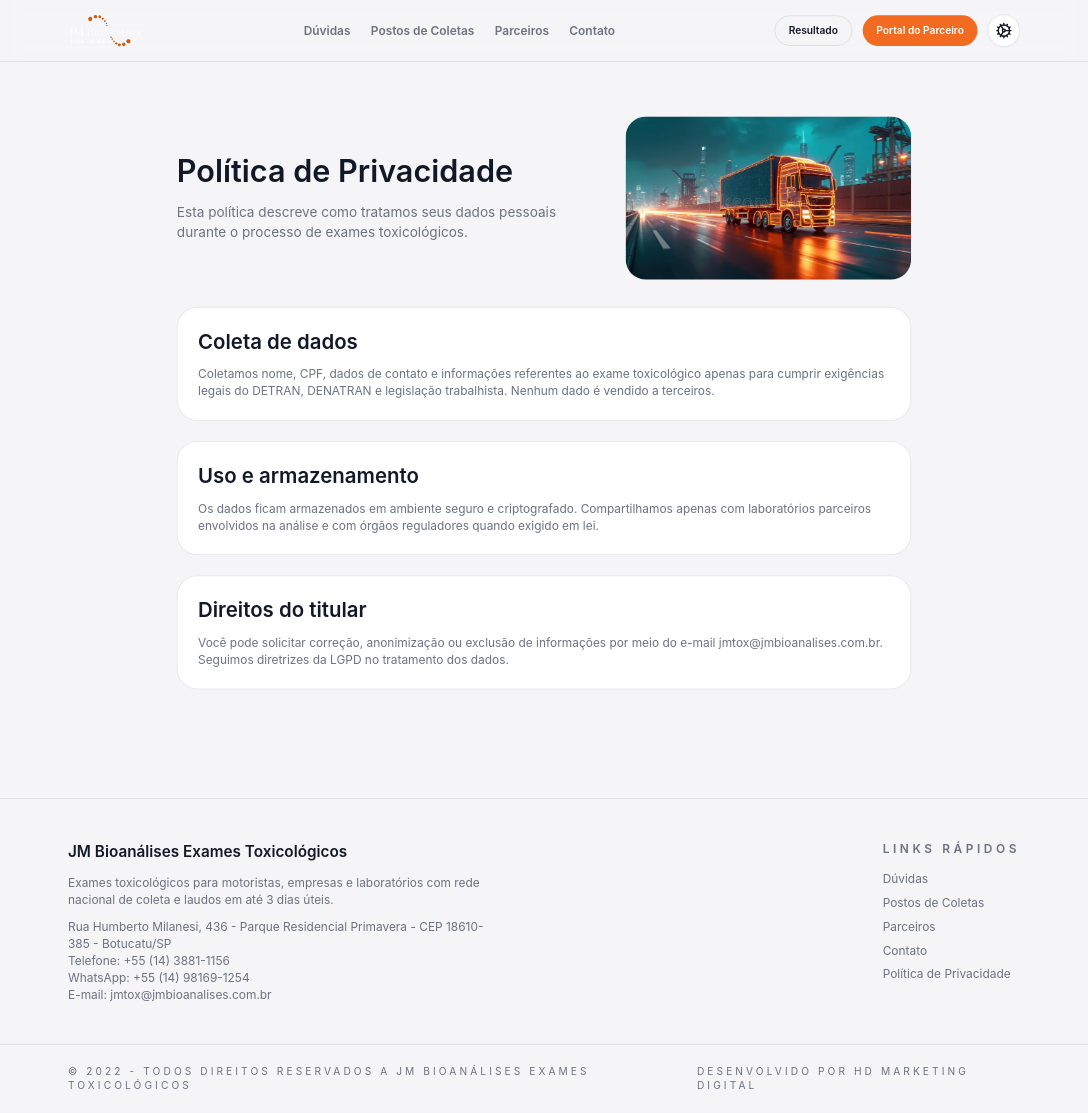
Repository: 1xLab/cat1
Page: /politica-de-privacidade
These files come from the project's save history. The page is drawn as it stood at one moment and after the next save; the edit follows.
The browser window is 1280 px wide. The pictures show the whole page, at 85% of full size.
The page's requests for data from a server got no answer. The project was rebuilt for these pictures with package versions that can differ from the ones it lists, and the page was loaded fresh each time. The framework's server and built-in components were replaced by stand-ins that run in the browser. No one was signed in, and anything a server would have sent is missing. Also part of the build but not shown: next.config.ts.

Above is the page before, as saved 2025-11-19 21:19:55.

### src/app/layout.tsx
import type { Metadata } from "next";
import { Geist, Geist_Mono } from "next/font/google";
import "./globals.css";

import { Header } from "@/components/layout/header";
import { Footer } from "@/components/layout/footer";
import { baseMetadata } from "@/lib/seo";
import { LabSchema } from "@/components/seo/lab-schema";
import { TagManager } from "@/components/analytics/tag-manager";

const geistSans = Geist({
  variable: "--font-geist-sans",
  subsets: ["latin"],
});

const geistMono = Geist_Mono({
  variable: "--font-geist-mono",
  subsets: ["latin"],
});

export const metadata: Metadata = baseMetadata;

export default function RootLayout({
  children,
}: Readonly<{
  children: React.ReactNode;
}>) {
  return (
    <html lang="pt-BR" data-theme="sunrise">
      <body className={`${geistSans.variable} ${geistMono.variable} antialiased`}>
        <TagManager />
        <LabSchema />
        <Header />
        <main className="min-h-screen bg-[var(--color-bg)] text-[var(--color-text)]">
          {children}
        </main>
        <Footer />
      </body>
    </html>
  );
}

### src/app/politica-de-privacidade/page.tsx
import Image from "next/image";
import type { Metadata } from "next";

const sections = [
  {
    title: "Coleta de dados",
    body: "Coletamos nome, CPF, dados de contato e informações referentes ao exame toxicológico apenas para cumprir exigências legais do DETRAN, DENATRAN e legislação trabalhista. Nenhum dado é vendido a terceiros.",
  },
  {
    title: "Uso e armazenamento",
    body: "Os dados ficam armazenados em ambiente seguro e criptografado. Compartilhamos apenas com laboratórios parceiros envolvidos na análise e com órgãos reguladores quando exigido em lei.",
  },
  {
    title: "Direitos do titular",
    body: "Você pode solicitar correção, anonimização ou exclusão de informações por meio do e-mail jmtox@jmbioanalises.com.br. Seguimos diretrizes da LGPD no tratamento dos dados.",
  },
];

export const metadata: Metadata = {
  title: "Política de privacidade | JM Tox",
};

const illustration = "/imagens/caminhao1.jpg";

export default function PoliticaPage() {
  return (
    <section className="mx-auto max-w-4xl px-4 py-16">
      <div className="grid gap-6 md:grid-cols-[1.2fr_0.8fr] md:items-center">
        <div>
          <h1 className="text-4xl font-semibold text-[var(--color-text)]">
            Política de Privacidade
          </h1>
          <p className="mt-4 text-[var(--color-text-muted)]">
            Esta política descreve como tratamos seus dados pessoais durante o
            processo de exames toxicológicos.
          </p>
        </div>
        <div className="relative h-48 rounded-3xl">
          <Image
            src={illustration}
            alt="Segurança e dados"
            fill
            className="rounded-3xl object-cover"
            sizes="(min-width: 768px) 350px, 100vw"
          />
        </div>
      </div>
      <div className="mt-8 space-y-6">
        {sections.map((section) => (
          <article
            key={section.title}
            className="rounded-3xl border border-[var(--color-outline)] bg-[var(--color-surface)] p-6"
          >
            <h2 className="text-2xl font-semibold text-[var(--color-text)]">
              {section.title}
            </h2>
            <p className="mt-3 text-sm text-[var(--color-text-muted)]">
              {section.body}
            </p>
          </article>
        ))}
      </div>
    </section>
  );
}

### src/app/globals.css
@tailwind base;
@tailwind components;
@tailwind utilities;

:root {
  --color-bg: #f5f5f7;
  --color-surface: #ffffff;
  --color-text: #111827;
  --color-text-muted: #6b7280;
  --color-primary: #f26b21;
  --color-primary-dark: #c65310;
  --color-header: #050608;
  --color-outline: rgba(15, 23, 42, 0.1);
}

[data-theme="sunrise"] {
  --color-bg: #f5f5f7;
  --color-surface: #ffffff;
  --color-text: #111827;
  --color-text-muted: #6b7280;
  --color-primary: #f26b21;
  --color-primary-dark: #c65310;
  --color-header: #050608;
}

[data-theme="midnight"] {
  --color-bg: #050608;
  --color-surface: #111827;
  --color-text: #f9fafb;
  --color-text-muted: #9ca3af;
  --color-primary: #f26b21;
  --color-primary-dark: #f26b21;
  --color-header: #000000;
  --color-outline: rgba(255, 255, 255, 0.1);
}

[data-theme="clinical"] {
  --color-bg: #f3f6fb;
  --color-surface: #ffffff;
  --color-text: #0f172a;
  --color-text-muted: #3f4d63;
  --color-primary: #2563eb;
  --color-primary-dark: #1d4ed8;
  --color-header: #0f172a;
  --color-outline: rgba(15, 23, 42, 0.08);
}

[data-theme="high-contrast"] {
  --color-bg: #000000;
  --color-surface: #000000;
  --color-text: #ffffff;
  --color-text-muted: #f3f4f6;
  --color-primary: #ffbf00;
  --color-primary-dark: #f59e0b;
  --color-header: #000000;
  --color-outline: rgba(255, 255, 255, 0.2);
}

[data-theme="dark"] {
  --color-bg: #111436;
  --color-surface: rgba(255, 255, 255, 0.08);
  --color-text: #fefefe;
  --color-text-muted: #d4ddff;
  --color-primary: #f97316;
  --color-primary-dark: #ea580c;
  --color-header: rgba(17, 20, 54, 0.9);
  --color-outline: rgba(255, 255, 255, 0.2);
}

@layer base {
  * {
    box-sizing: border-box;
  }

  body {
    background: var(--color-bg);
    color: var(--color-text);
    font-family: "Inter", system-ui, -apple-system, BlinkMacSystemFont,
      "Segoe UI", sans-serif;
    min-height: 100vh;
  }
}

@layer utilities {
  .text-balance {
    text-wrap: balance;
  }

  .glass-panel {
    background: color-mix(in srgb, var(--color-surface) 90%, transparent);
    backdrop-filter: blur(18px);
    border: 1px solid color-mix(in srgb, var(--color-outline) 80%, transparent);
    border-radius: 1.5rem;
    box-shadow: 0 15px 45px rgba(15, 23, 42, 0.12);
  }
}

### src/components/layout/header.tsx
import Image from "next/image";
import Link from "next/link";
import { ThemeSwitcher } from "@/components/theme-switcher";
import { Button } from "@/components/ui/button";

const navItems = [
  { label: "Dúvidas", href: "/duvidas-frequentes" },
  { label: "Postos de Coletas", href: "/postos-de-coletas" },
  { label: "Parceiros", href: "/parceiros" },
  { label: "Contato", href: "/contato" },
];

export function Header() {
  return (
    <header className="sticky top-0 z-40 border-b border-[var(--color-outline)] bg-[var(--color-header)]/15 backdrop-blur-md">
      <div className="container mx-auto flex max-w-6xl items-center justify-between gap-4 px-4 py-4">
        <Link href="/" className="flex items-center gap-3">
          <Image
            src="/logo-jm-bioanalises-branco.png"
            alt="JM Bioanálises"
            width={150}
            height={42}
            className="h-10 w-auto"
            priority
          />
          <span className="sr-only">JM Bioanálises</span>
        </Link>
        <nav className="hidden items-center gap-6 text-sm font-semibold text-[var(--color-text-muted)] lg:flex">
          {navItems.map((item) => (
            <Link
              key={item.href}
              href={item.href}
              className="transition hover:text-[var(--color-text)]"
            >
              {item.label}
            </Link>
          ))}
        </nav>
        <div className="flex items-center gap-3">
          <Button asChild variant="outline" size="sm">
            <Link href="/duvidas-frequentes#resultado-online">Resultado</Link>
          </Button>
          <Button asChild size="sm">
            <Link href="/parceiros">Portal do Parceiro</Link>
          </Button>
          <ThemeSwitcher />
        </div>
      </div>
      <div className="border-t border-[var(--color-outline)] bg-[var(--color-header)] px-4 py-3 lg:hidden">
        <nav className="flex flex-wrap gap-3 text-sm font-semibold text-[var(--color-text-muted)]">
          {navItems.map((item) => (
            <Link
              key={item.href}
              href={item.href}
              className="rounded-full border border-gray-600 px-3 py-1 transition hover:border-[var(--color-primary)] hover:text-white"
            >
              {item.label}
            </Link>
          ))}
        </nav>
      </div>
    </header>
  );
}

### src/components/layout/footer.tsx
import Link from "next/link";

import { siteConfig } from "@/lib/site";

const quickLinks = [
  { label: "Dúvidas", href: "/duvidas-frequentes" },
  { label: "Postos de Coletas", href: "/postos-de-coletas" },
  { label: "Parceiros", href: "/parceiros" },
  { label: "Contato", href: "/contato" },
  { label: "Política de Privacidade", href: "/politica-de-privacidade" },
];

export function Footer() {
  return (
    <footer className="mt-16 border-t border-[var(--color-outline)] bg-[var(--color-surface)]/95">
      <div className="mx-auto flex max-w-6xl flex-col gap-8 px-4 py-12 md:flex-row md:justify-between">
        <div className="max-w-lg space-y-3">
          <p className="text-lg font-semibold text-[var(--color-text)]">
            {siteConfig.name}
          </p>
          <p className="text-sm text-[var(--color-text-muted)]">
            {siteConfig.description}
          </p>
          <div className="text-sm text-[var(--color-text-muted)]">
            <p>{siteConfig.address}</p>
            <p>Telefone: {siteConfig.contacts.phone}</p>
            <p>WhatsApp: {siteConfig.contacts.mobile}</p>
            <p>E-mail: {siteConfig.contacts.email}</p>
          </div>
        </div>
        <div>
          <p className="text-sm font-semibold uppercase tracking-[0.3em] text-[var(--color-text-muted)]">
            Links rápidos
          </p>
          <ul className="mt-4 space-y-2 text-sm">
            {quickLinks.map((link) => (
              <li key={link.href}>
                <Link
                  href={link.href}
                  className="text-[var(--color-text-muted)] transition hover:text-[var(--color-text)]"
                >
                  {link.label}
                </Link>
              </li>
            ))}
          </ul>
        </div>
      </div>
      <div className="border-t border-[var(--color-outline)]">
        <div className="mx-auto flex max-w-6xl flex-col gap-2 px-4 py-6 text-xs uppercase tracking-[0.3em] text-[var(--color-text-muted)] md:flex-row md:items-center md:justify-between">
          <p>
            © 2022 - Todos Direitos Reservados a JM Bioanálises Exames Toxicológicos
          </p>
          <p>Desenvolvido por HD Marketing Digital</p>
        </div>
      </div>
    </footer>
  );
}

### src/lib/seo.ts
import type { Metadata } from "next";
import { siteConfig } from "./site";

type SEOParams = {
  title?: string;
  description?: string;
  path?: string;
};

export const baseMetadata: Metadata = {
  metadataBase: new URL(siteConfig.url),
  title: {
    default: `${siteConfig.name} | Laboratório de Toxicologia`,
    template: `%s | ${siteConfig.name}`,
  },
  description: siteConfig.description,
  openGraph: {
    type: "website",
    url: siteConfig.url,
    title: siteConfig.name,
    description: siteConfig.description,
    images: [
      {
        url: siteConfig.ogImage,
        width: 1200,
        height: 630,
        alt: siteConfig.name,
      },
    ],
  },
  twitter: {
    card: "summary_large_image",
    title: siteConfig.name,
    description: siteConfig.description,
    images: [siteConfig.ogImage],
  },
  icons: {
    icon: "/favicon.ico",
  },
};

export const generatePageMetadata = ({
  title,
  description,
  path = "",
}: SEOParams): Metadata => ({
  ...baseMetadata,
  title,
  description,
  alternates: {
    canonical: path ? `${siteConfig.url}${path}` : siteConfig.url,
  },
});

### src/components/seo/lab-schema.tsx
export function LabSchema() {
  const jsonLd = {
    "@context": "https://schema.org",
    "@type": "MedicalOrganization",
    name: "JM Bioanálises Exames Toxicológicos",
    url: "https://jmtox.com.br",
    address: {
      "@type": "PostalAddress",
      streetAddress:
        "Rua Humberto Milanesi, 436 - Parque Residencial Primavera",
      addressLocality: "Botucatu",
      addressRegion: "SP",
      postalCode: "18610-385",
      addressCountry: "BR",
    },
    contactPoint: {
      "@type": "ContactPoint",
      telephone: "+55-14-3881-1156",
      contactType: "customer service",
      availableLanguage: ["Portuguese", "English"],
    },
    sameAs: ["https://www.linkedin.com/company/jmbioanalises"],
    medicalSpecialty: ["Toxicologic"],
  };

  return (
    <script
      type="application/ld+json"
      dangerouslySetInnerHTML={{ __html: JSON.stringify(jsonLd) }}
    />
  );
}

### src/components/analytics/tag-manager.tsx
"use client";

import Script from "next/script";

export function TagManager() {
  const id = process.env.NEXT_PUBLIC_GTM_ID;
  if (!id) return null;

  return (
    <>
      <Script id="gtm-loader">
        {`
          (function(w,d,s,l,i){w[l]=w[l]||[];w[l].push({'gtm.start':
          new Date().getTime(),event:'gtm.js'});var f=d.getElementsByTagName(s)[0],
          j=d.createElement(s),dl=l!='dataLayer'?'&l='+l:'';j.async=true;j.src=
          'https://www.googletagmanager.com/gtm.js?id='+i+dl;f.parentNode.insertBefore(j,f);
          })(window,document,'script','dataLayer','${id}');
        `}
      </Script>
      <noscript>
        <iframe
          src={`https://www.googletagmanager.com/ns.html?id=${id}`}
          height="0"
          width="0"
          style={{ display: "none", visibility: "hidden" }}
        />
      </noscript>
    </>
  );
}

### src/components/theme-switcher.tsx
"use client";

import { useEffect, useState } from "react";
import { Cog, Check } from "lucide-react";
import { cn } from "@/lib/utils";

const themes = [
  { id: "sunrise", name: "Sunrise Light", description: "Luz natural com laranja vibrante." },
  { id: "midnight", name: "Midnight Dark", description: "Interface escura para salas de comando." },
  { id: "clinical", name: "Clinical Light", description: "Azul clínico com fundos neutros." },
  { id: "high-contrast", name: "High Contrast", description: "Alto contraste para máxima leitura." },
];

function applyThemeValue(
  value: string,
  setTheme: (theme: string) => void
) {
  const next = themes.find((item) => item.id === value) ? value : "sunrise";
  setTheme(next);
  document.documentElement.setAttribute("data-theme", next);
  try {
    localStorage.setItem("jmbio-theme", next);
  } catch {
    /* ignore */
  }
}

export function ThemeSwitcher() {
  const [open, setOpen] = useState(false);
  const [theme, setTheme] = useState("sunrise");

  useEffect(() => {
    let stored = "sunrise";
    try {
      stored = localStorage.getItem("jmbio-theme") || "sunrise";
    } catch {
      stored = "sunrise";
    }
    applyThemeValue(stored, setTheme);
  }, []);

  function apply(value: string) {
    applyThemeValue(value, setTheme);
  }

  return (
    <div className="relative">
      <button
        aria-label="Alterar tema do site"
        className="rounded-full border border-[var(--color-outline)] bg-[var(--color-surface)] p-2 text-[var(--color-text)] shadow-sm transition hover:shadow-md"
        onClick={() => setOpen((prev) => !prev)}
      >
        <Cog className="h-5 w-5" />
      </button>
      {open && (
        <div className="absolute right-0 z-50 mt-3 w-64 rounded-2xl border border-[var(--color-outline)] bg-[var(--color-surface)] p-4 shadow-xl">
          <p className="text-xs font-semibold uppercase tracking-[0.3em] text-[var(--color-text-muted)]">
            Temas
          </p>
          <div className="mt-3 space-y-2">
            {themes.map((item) => (
              <button
                key={item.id}
                className={cn(
                  "flex w-full items-start gap-2 rounded-2xl border border-transparent p-3 text-left transition hover:border-[var(--color-outline)]",
                  theme === item.id && "border-[var(--color-primary)] bg-[var(--color-primary)]/10"
                )}
                onClick={() => apply(item.id)}
              >
                <span className="mt-1 text-[var(--color-primary)]">
                  {theme === item.id ? <Check className="h-4 w-4" /> : <span className="block h-4 w-4 rounded-full border border-[var(--color-outline)]" />}
                </span>
                <span>
                  <span className="font-semibold text-[var(--color-text)]">{item.name}</span>
                  <span className="block text-xs text-[var(--color-text-muted)]">{item.description}</span>
                </span>
              </button>
            ))}
          </div>
        </div>
      )}
    </div>
  );
}

### src/components/ui/button.tsx
"use client";

import * as React from "react";
import { Slot } from "@radix-ui/react-slot";
import { cva, type VariantProps } from "class-variance-authority";

import { cn } from "@/lib/utils";

const buttonVariants = cva(
  "inline-flex items-center justify-center whitespace-nowrap rounded-full text-sm font-semibold transition focus-visible:outline-none focus-visible:ring-2 focus-visible:ring-[var(--color-primary)] disabled:pointer-events-none disabled:opacity-60",
  {
    variants: {
      variant: {
        default:
          "bg-[var(--color-primary)] text-white hover:bg-[var(--color-primary-dark)]",
        secondary:
          "bg-[var(--color-surface)] text-[var(--color-text)] border border-[var(--color-outline)] hover:border-[var(--color-primary)]",
        outline:
          "border border-[var(--color-outline)] text-[var(--color-text)] hover:border-[var(--color-primary)] hover:text-[var(--color-text)]",
        ghost: "text-[var(--color-text)] hover:bg-[var(--color-outline)]/30",
        link: "underline-offset-4 text-[var(--color-primary)] hover:underline",
      },
      size: {
        default: "h-11 px-6",
        sm: "h-9 px-4 text-xs",
        lg: "h-12 px-8 text-base",
        icon: "h-10 w-10",
      },
    },
    defaultVariants: {
      variant: "default",
      size: "default",
    },
  }
);

export interface ButtonProps
  extends React.ButtonHTMLAttributes<HTMLButtonElement>,
    VariantProps<typeof buttonVariants> {
  asChild?: boolean;
}

const Button = React.forwardRef<HTMLButtonElement, ButtonProps>(
  ({ className, variant, size, asChild = false, ...props }, ref) => {
    const Comp = asChild ? Slot : "button";
    return (
      <Comp
        className={cn(buttonVariants({ variant, size, className }))}
        ref={ref}
        {...props}
      />
    );
  }
);
Button.displayName = "Button";

export { Button, buttonVariants };

### src/lib/site.ts
export const siteConfig = {
  name: "JM Bioanálises Exames Toxicológicos",
  description:
    "Exames toxicológicos para motoristas, empresas e laboratórios com rede nacional de coleta e laudos em até 3 dias úteis.",
  url: "https://jmtox.com.br",
  ogImage: "/logo-jm-bioanalises-branco.png",
  social: {
    linkedin: "https://www.linkedin.com/company/jmbioanalises",
    whatsapp: "https://api.whatsapp.com/send?phone=5514981691254",
  },
  contacts: {
    phone: "+55 (14) 3881-1156",
    mobile: "+55 (14) 98169-1254",
    email: "jmtox@jmbioanalises.com.br",
  },
  address:
    "Rua Humberto Milanesi, 436 - Parque Residencial Primavera - CEP 18610-385 - Botucatu/SP",
};

export type SiteConfig = typeof siteConfig;

### src/lib/utils.ts
import { type ClassValue, clsx } from "clsx";
import { twMerge } from "tailwind-merge";

export function cn(...inputs: ClassValue[]) {
  return twMerge(clsx(inputs));
}

export function formatPhone(phone: string) {
  const digits = phone.replace(/\D/g, "");
  const match = digits.match(/^(\d{2})(\d{5})(\d{4})$/);
  if (!match) return phone;
  return `(${match[1]}) ${match[2]}-${match[3]}`;
}

export function slugify(value: string) {
  return value
    .toLowerCase()
    .normalize("NFD")
    .replace(/[\u0300-\u036f]/g, "")
    .replace(/[^a-z0-9]+/g, "-")
    .replace(/(^-|-$)+/g, "");
}

export function formatIsoDate(date: string) {
  return new Date(date).toLocaleDateString("pt-BR", {
    day: "2-digit",
    month: "short",
    year: "numeric",
  });
}

### tailwind.config.ts
import type { Config } from "tailwindcss";
import { fontFamily } from "tailwindcss/defaultTheme";
import animate from "tailwindcss-animate";

const config: Config = {
  darkMode: ["class"],
  content: ["./src/**/*.{ts,tsx}"],
  theme: {
    container: {
      center: true,
      padding: {
        DEFAULT: "1.5rem",
        md: "2rem",
      },
      screens: {
        "2xl": "1320px",
      },
    },
    extend: {
      colors: {
        border: "hsl(var(--border))",
        input: "hsl(var(--input))",
        ring: "hsl(var(--ring))",
        background: "hsl(var(--background))",
        foreground: "hsl(var(--foreground))",
        primary: {
          DEFAULT: "hsl(var(--primary))",
          foreground: "hsl(var(--primary-foreground))",
        },
        secondary: {
          DEFAULT: "hsl(var(--secondary))",
          foreground: "hsl(var(--secondary-foreground))",
        },
        muted: {
          DEFAULT: "hsl(var(--muted))",
          foreground: "hsl(var(--muted-foreground))",
        },
        accent: {
          DEFAULT: "hsl(var(--accent))",
          foreground: "hsl(var(--accent-foreground))",
        },
        destructive: {
          DEFAULT: "hsl(var(--destructive))",
          foreground: "hsl(var(--destructive-foreground))",
        },
        card: {
          DEFAULT: "hsl(var(--card))",
          foreground: "hsl(var(--card-foreground))",
        },
      },
      borderRadius: {
        lg: "var(--radius)",
        md: "calc(var(--radius) - 2px)",
        sm: "calc(var(--radius) - 4px)",
      },
      fontFamily: {
        sans: ["var(--font-geist-sans)", ...fontFamily.sans],
        mono: ["var(--font-geist-mono)", ...fontFamily.mono],
      },
      backgroundImage: {
        "grid-fade":
          "radial-gradient(circle at 20% 20%, hsla(var(--primary),0.25), transparent 55%), radial-gradient(circle at 80% 0%, hsla(var(--accent),0.3), transparent 60%)",
      },
    },
  },
  plugins: [animate],
};

export default config;

After the next save:
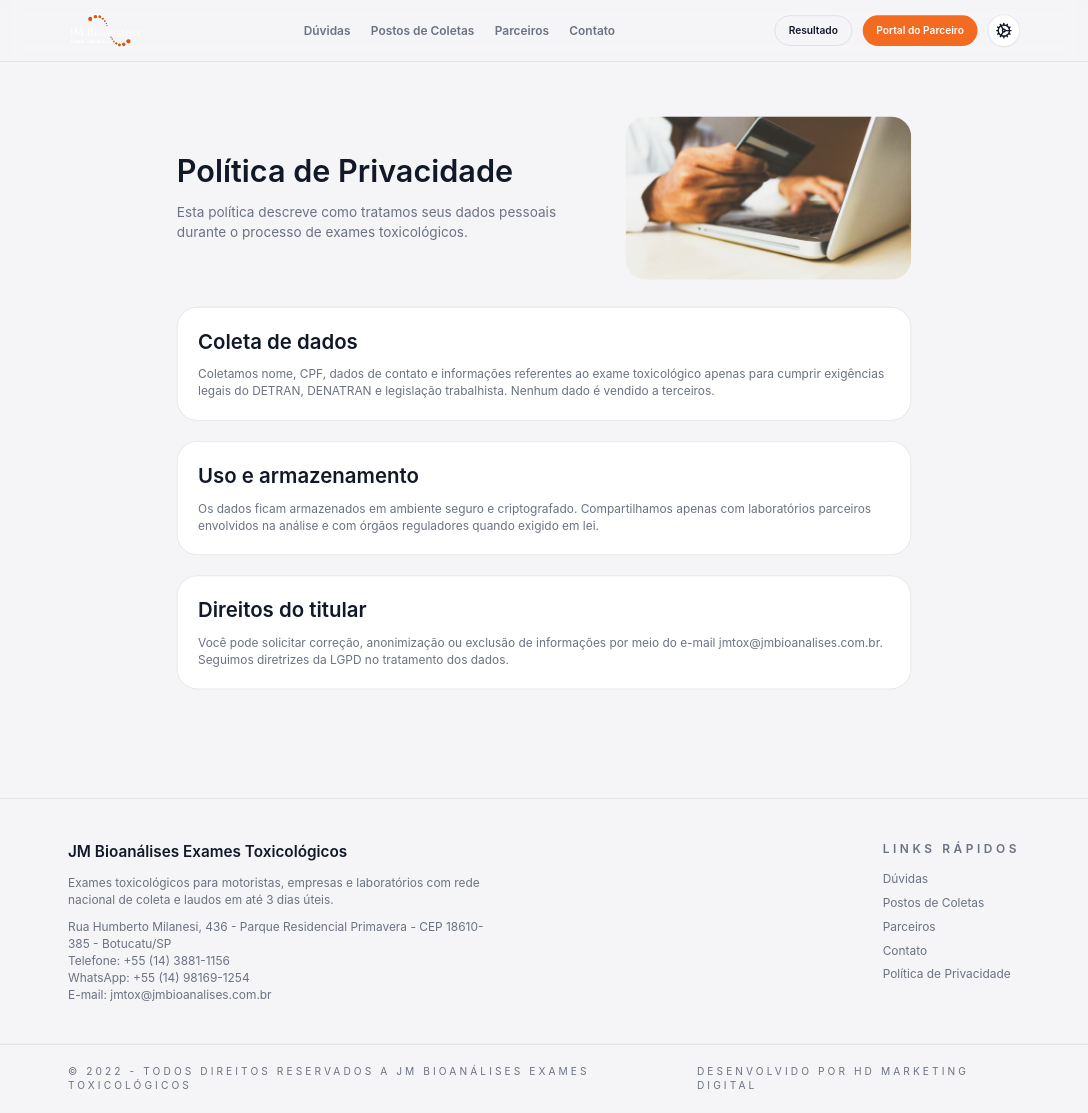
Saved 7 s later.
--- a/src/app/politica-de-privacidade/page.tsx
+++ b/src/app/politica-de-privacidade/page.tsx
@@ -20,7 +20,7 @@ export const metadata: Metadata = {
   title: "Política de privacidade | JM Tox",
 };
 
-const illustration = "/imagens/caminhao1.jpg";
+const illustration = "/imagens/illustration-privacidade.jpg";
 
 export default function PoliticaPage() {
   return (
